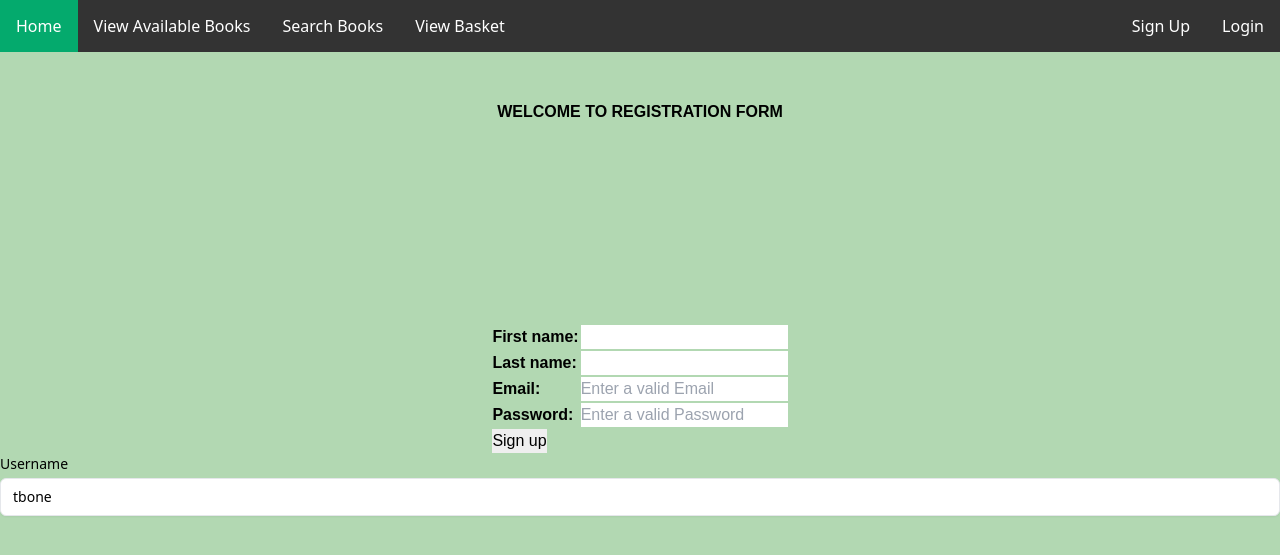
Repository: sach7691/original-book-store
Page: http://localhost/online-book-store-application/
These files come from the project's save history. The page is drawn as it stood at one moment and after the next save; the edit follows.
The browser window is 1280 px wide. The pictures show the whole page.
The page is served by Tomcat 9.

Above is the page before, as saved 2022-08-25 16:30:33.

After the next save:
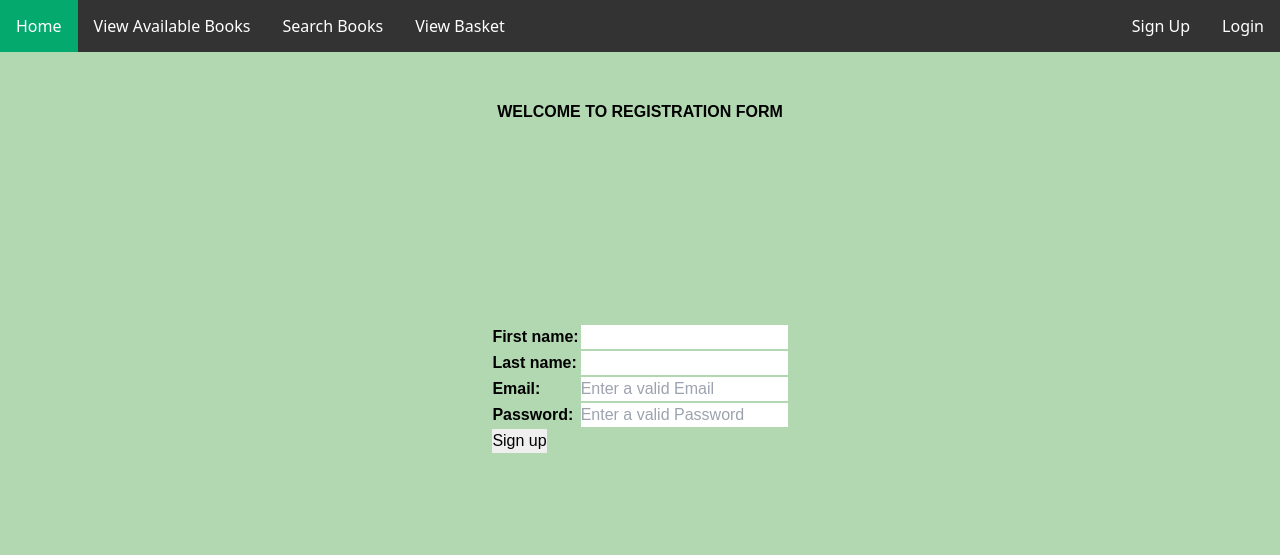
Saved 24 s later.
--- a/online-book-store-application/src/main/webapp/index.jsp
+++ b/online-book-store-application/src/main/webapp/index.jsp
@@ -99,19 +99,6 @@ ul.topnav li.right {float: right;}
 	<link href="https://unpkg.com/tailwindcss@%5E1.0/dist/tailwind.min.css"
     rel="stylesheet">
 
-  <form>
-  <label class="block">
-    <span class="block text-sm font-medium text-slate-700">Username</span>
-    <!-- Using form state modifers, the classes can be identical for every input -->
-    <input type="text" value="tbone" disabled class="mt-1 block w-full px-3 py-2 bg-white border border-slate-300 rounded-md text-sm shadow-sm placeholder-slate-400
-      focus:outline-none focus:border-sky-500 focus:ring-1 focus:ring-sky-500
-      disabled:bg-slate-50 disabled:text-slate-500 disabled:border-slate-200 disabled:shadow-none
-      invalid:border-pink-500 invalid:text-pink-600
-      focus:invalid:border-pink-500 focus:invalid:ring-pink-500
-    "/>
-  </label>
-  <!-- ... -->
-</form>
 
 
 
